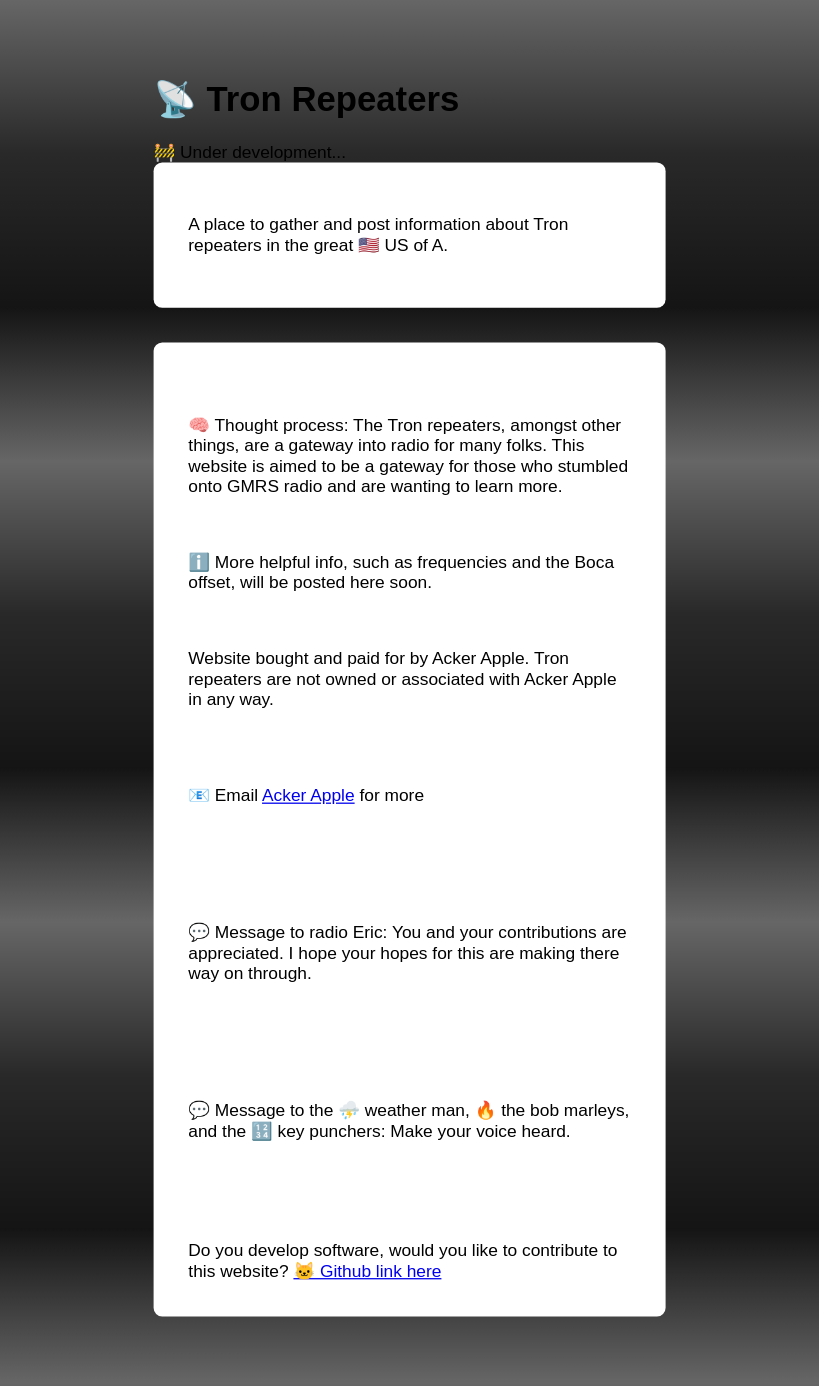
Repository: AckerApple/tronrepeaters
Page: index.html
These files come from the project's save history. The page is drawn as it stood at one moment and after the next save; the edit follows.
The browser window is 1280 px wide. The pictures show the whole page, at 64% of full size.
Backgrounds fixed to the window are drawn as part of the page.

Above is the page before, as saved 2025-01-15 14:46:23.

### index.html
<!DOCTYPE html>
<html lang="en">
<head>
  <title>App</title>
  <meta charset="UTF-8" />
  <meta name="viewport" content="viewport-fit=cover, width=device-width, initial-scale=1, maximum-scale=1, minimum-scale=1, user-scalable=0" />
  <meta name="apple-mobile-web-app-title" content="App" />
  <meta name="apple-mobile-web-app-capable" content="yes" />
  <meta name="apple-mobile-web-app-status-bar-style" content="black" />
  <!-- emoji as favicon -->
  <link rel="icon" href="data:[embedded picture, 141 characters]" />
  <style>
    * {box-sizing:border-box;}
    html, body{
      width:100%;height:100%;padding:0;margin:0;font-family: Arial, Helvetica, sans-serif;
      background: #666 linear-gradient(to top, #666, rgba(0, 0, 0, 0.8), rgba(0, 0, 0, 0.6), rgba(0, 0, 0, 0)) no-repeat; /* Create a gradient from black to transparent */
      background-attachment: fixed;
    }
    html {scroll-behavior:smooth;font-size:calc(22px + .4vw);}
    input[type="checkbox"], input[type="radio"] {width:1em;height:1em;}
    select, textarea, button, input {padding:.5vw;border-radius:.5vw;font-size:.9em;}
    a, summary {cursor: pointer}

    .content-bubble {
      background-color: white;border-radius: .5em;padding:2em;
      margin-bottom: 2em;
    }
  </style>
</head>
<body>
  <noscript style="color:red">Javascript is required but is turned off on your device</noscript>
  <div style="display: flex;justify-content: center;">
    <div style="max-width: 800px;margin:2em;">
      <h1> 📡 Tron Repeaters</h1>
      <div>🚧 Under development...</div>
      <div class="content-bubble">
        <p>A place to gather and post information about Tron repeaters in the great 🇺🇸 US of A.</p>
      </div>
      <div class="content-bubble">
        <br />
        <p>🧠 Thought process: The Tron repeaters, amongst other things, are a gateway into radio for many folks. This website is aimed to be a gateway for those who stumbled onto GMRS radio and are wanting to learn more.</p>
        <br />
        <p>ℹ️ More helpful info, such as frequencies and the Boca offset, will be posted here soon.</p>
        <br />
        <p>Website bought and paid for by Acker Apple. Tron repeaters are not owned or associated with Acker Apple in any way.</p>
        <br /><br />
        <p>📧 Email <a href="mailto:me@ackerapple.com?subject=TronRepeaters">Acker Apple</a> for more</p>
        <br /><br /><br /><br />
        <p>💬 Message to radio Eric: You and your contributions are appreciated. I hope your hopes for this are making there way on through.</p>
        <br /><br /><br /><br />
        <p>💬 Message to the ⛈️ weather man, 🔥 the bob marleys, and the 🔢 key punchers: Make your voice heard.</p>
        <br /><br /><br /><br />
        Do you develop software, would you like to contribute to this website?
        <a href="https://github.com/AckerApple/tronrepeaters">🐱 Github link here</a>
      </div>
    </div>
  </div>
</body>
</html>

After the next save:
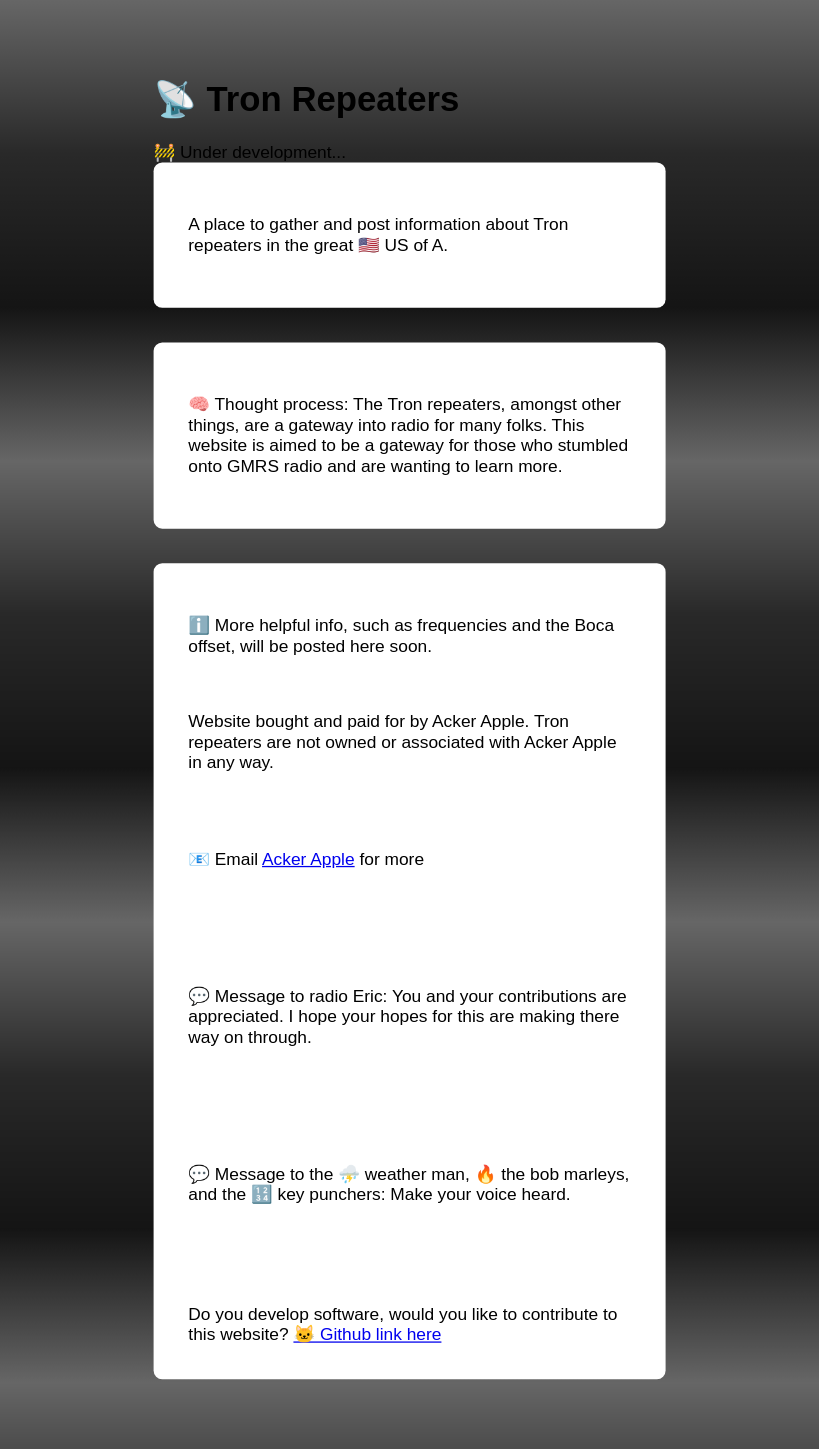
Saved 23 s later.
--- a/index.html
+++ b/index.html
@@ -37,9 +37,9 @@
         <p>A place to gather and post information about Tron repeaters in the great 🇺🇸 US of A.</p>
       </div>
       <div class="content-bubble">
-        <br />
         <p>🧠 Thought process: The Tron repeaters, amongst other things, are a gateway into radio for many folks. This website is aimed to be a gateway for those who stumbled onto GMRS radio and are wanting to learn more.</p>
-        <br />
+      </div>
+      <div class="content-bubble">
         <p>ℹ️ More helpful info, such as frequencies and the Boca offset, will be posted here soon.</p>
         <br />
         <p>Website bought and paid for by Acker Apple. Tron repeaters are not owned or associated with Acker Apple in any way.</p>
